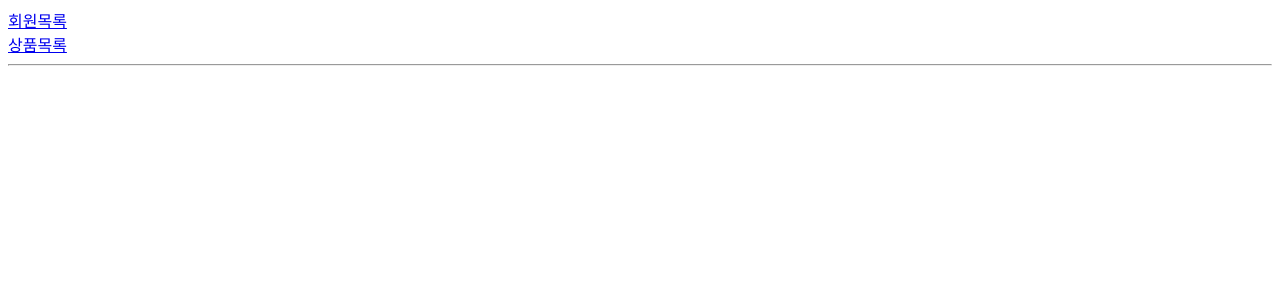
Repository: BOB-Team/littlePick
Page: http://localhost/littlePick/index_junho.jsp
The author's editor kept a copy of each file at every save. The page is drawn from the files as they stood at one save, then again after the next save.
The browser window is 1280 px wide. The pictures show the whole page.
The page is served by Tomcat 9. Nobody is signed in. The application's start-up code is not run. Other server files are loaded and not shown.

Above is the page before, as saved 2021-07-29 11:24:37.

### littlePick/littlePick/littlePick/src/main/webapp/index_junho.jsp
<%@ page language="java" contentType="text/html; charset=UTF-8"
    pageEncoding="UTF-8"%>

<!DOCTYPE html>
<html lang="ko">
<head>
<meta charset="UTF-8">
<meta name="viewport" content="width=device-width, initial-scale=1.0">
<meta http-equiv="X-UA-Compatible" content="ie=edge">
<title>LittlePick- Home</title>
<link rel="icon" href="resources/img/Fevicon.png" type="resources/image/png">
</head>
<body>

	<a href="admin_member.do">회원목록</a><br>
	<a href="admin_product.do">상품목록</a><br>

	<hr>

</body>
</html>

After the next save:
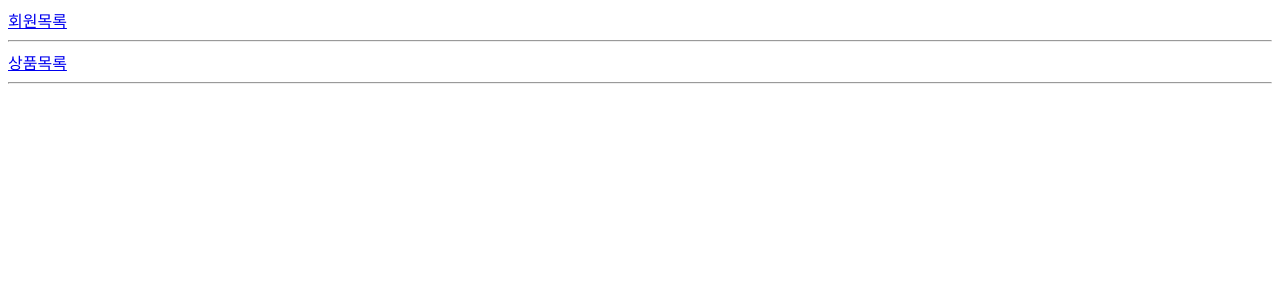
Saved 30 min 57 s later.
--- a/littlePick/littlePick/littlePick/src/main/webapp/index_junho.jsp
+++ b/littlePick/littlePick/littlePick/src/main/webapp/index_junho.jsp
@@ -12,7 +12,7 @@
 </head>
 <body>
 
-	<a href="admin_member.do">회원목록</a><br>
+	<a href="admin_member.do">회원목록</a><hr>
 	<a href="admin_product.do">상품목록</a><br>
 
 	<hr>
